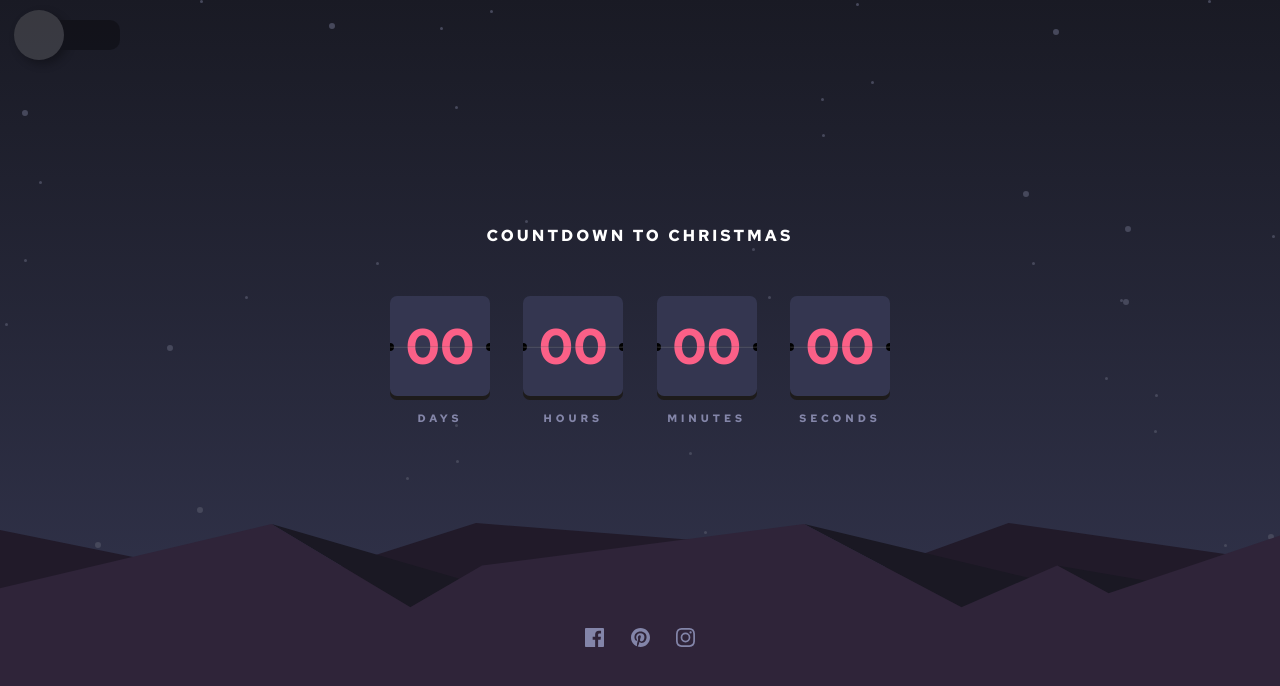
Repository: Eugene44-hub/countdown
Page: index.html
These files come from the project's save history. The page is drawn as it stood at one moment and after the next save; the edit follows.
The browser window is 1280 px wide. The pictures show the whole page.
After loading, the first visible `div.toggle` was clicked once.

Above is the page before, as saved 2021-09-13 03:18:58.

After the next save:
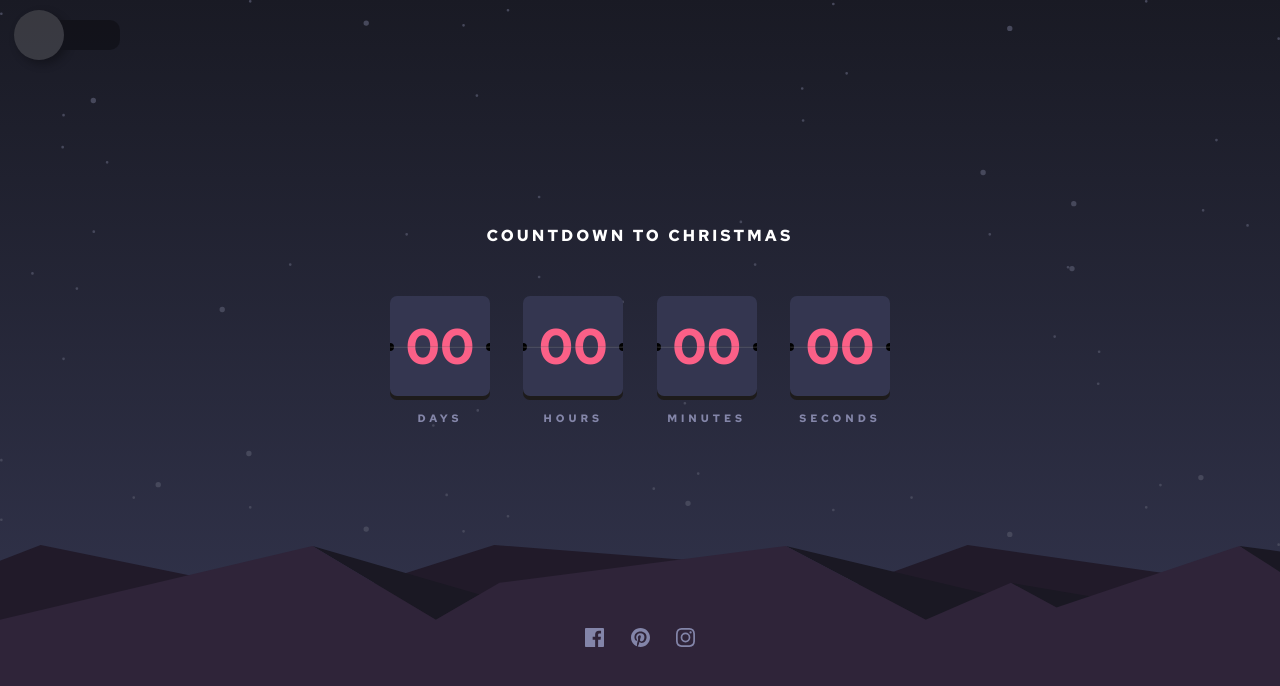
Saved 16 s later.
--- a/app.js
+++ b/app.js
@@ -47,11 +47,6 @@ toggle.addEventListener('click', e => {
 
         qfunc(query);
 
-        toggle.style.left = '-6px'
-        box.style.backgroundColor = 'black';
-        document.body.style.backgroundImage = " url('images/pattern-hills.svg'), url('images/bg-stars.svg'), linear-gradient( hsl(235, 18%, 12%), hsl(236, 21%, 26%))"
-        document.body.style.backgroundRepeat = 'no-repeat';
-        document.body.style.backgroundSize = 'auto'
 
     }
 })

After the save that followed:
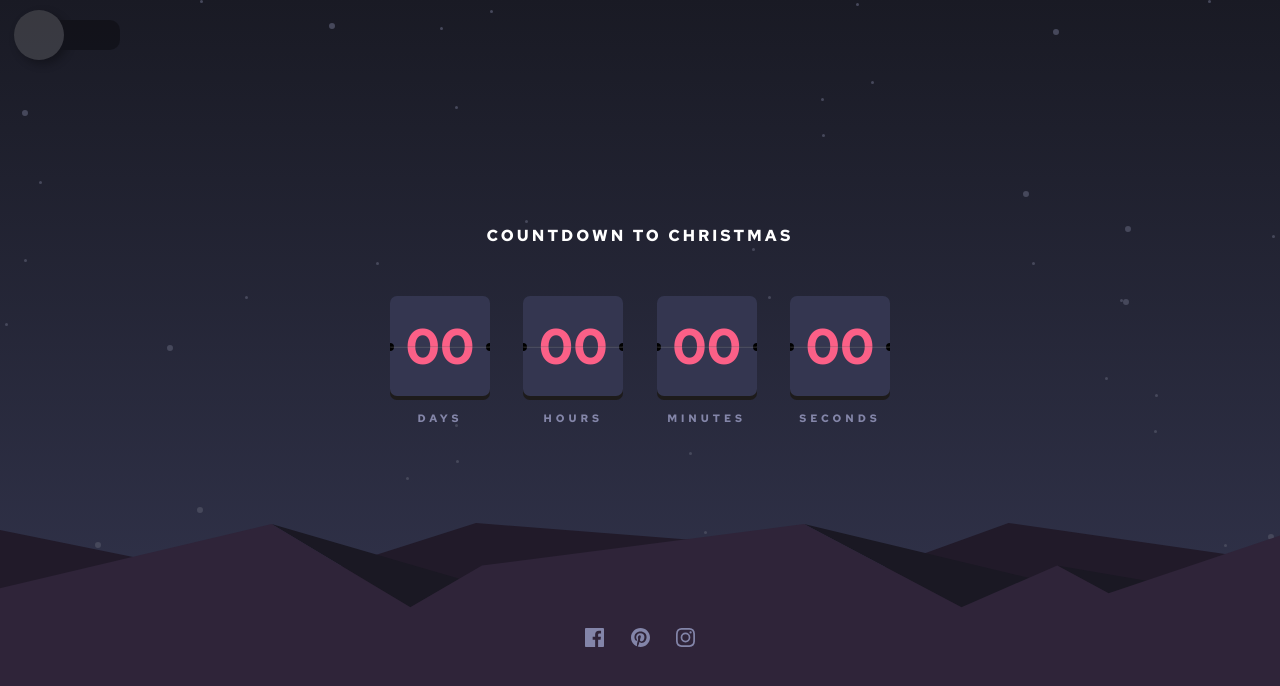
Saved 5 s later.
--- a/app.js
+++ b/app.js
@@ -35,6 +35,12 @@ toggle.addEventListener('click', e => {
 
     } else {
         let query = window.matchMedia('(min-width:720px)');
+
+        toggle.style.left = '-6px'
+        box.style.backgroundColor = 'black';
+        document.body.style.backgroundImage = " url('images/pattern-hills.svg'), url('images/bg-stars.svg'), linear-gradient( hsl(235, 18%, 12%), hsl(236, 21%, 26%))"
+        document.body.style.backgroundRepeat = 'no-repeat';
+        document.body.style.backgroundSize = 'auto'
 
         function qfunc(x) {
             if (x.matches) {
